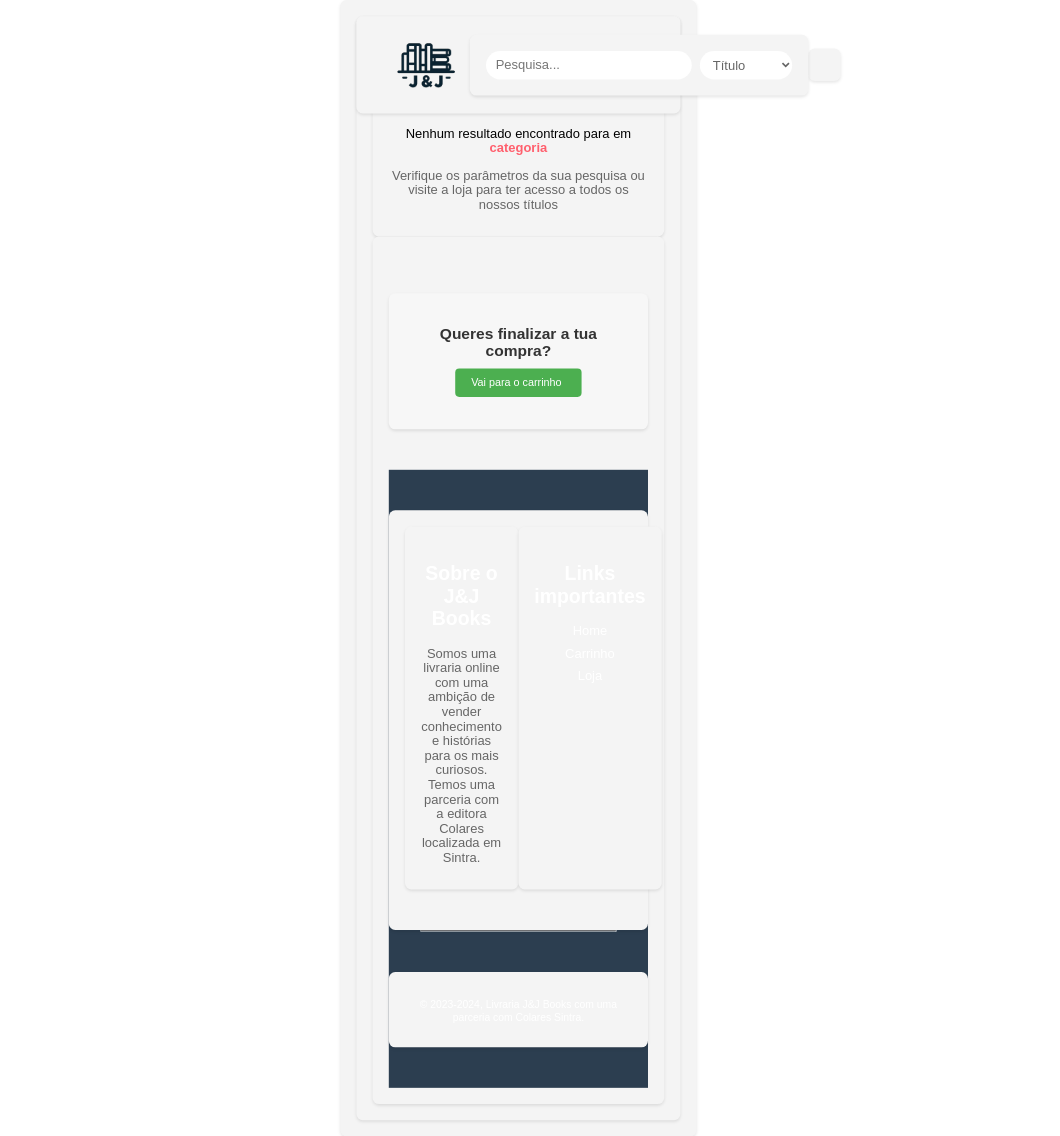
Repository: JoaoVitorFigueiredo/colareseditora
Page: /search
An editor plug-in stored every save of this project. The page is shown before and after a run of saves, followed by the edit.
The browser window is 1280 px wide. The page is 1309 px wide, then 1280 px, so the pictures cover 1309 px, including what lies to the right of the window. The pictures show the whole page, at 81% of full size.
Some icons come from a web library that is not loaded, so they are not drawn. The page's requests for data from a server got no answer. The project was rebuilt for these pictures with package versions that can differ from the ones it lists, and the page was loaded fresh each time. No one was signed in, and anything a server would have sent is missing. Also part of the build but not shown: src/Components/book-thumbnail.css, src/Utils/CartUtils.js, src/Components/book-thumbnail.js, src/Components/filter/filter.css, src/Components/filter/filter.js, src/Components/pageNav/pageNav.css, src/Components/pageNav/pageNav.js, src/Pages/shop/shop.css and 9 more.

Above is the page before, as saved 2024-04-18 21:15:56.

### public/index.html
<!DOCTYPE html>
<html lang="en">
  <head>
    <meta charset="utf-8" />
    <link rel="icon" href="%PUBLIC_URL%/favicon.ico" />
    <meta name="viewport" content="width=device-width, initial-scale=1" />
    <meta name="theme-color" content="#000000" />
    <meta
      name="description"
      content="Bookshop by J&J Books"
    />
    <link rel="apple-touch-icon" href="%PUBLIC_URL%/logo192.png" />
    <!--
      manifest.json provides metadata used when your web app is installed on a
      user's mobile device or desktop. See https://developers.google.com/web/fundamentals/web-app-manifest/
    -->
    <link rel="manifest" href="%PUBLIC_URL%/manifest.json" />
    <!--
      Notice the use of %PUBLIC_URL% in the tags above.
      It will be replaced with the URL of the `public` folder during the build.
      Only files inside the `public` folder can be referenced from the HTML.

      Unlike "/favicon.ico" or "favicon.ico", "%PUBLIC_URL%/favicon.ico" will
      work correctly both with client-side routing and a non-root public URL.
      Learn how to configure a non-root public URL by running `npm run build`.
    -->
    <title>J&J</title>
    <link href="https://cdn.jsdelivr.net/gh/eliyantosarage/font-awesome-pro@main/fontawesome-pro-6.5.1-web/css/all.min.css" rel="stylesheet">
  </head>
  <body>
    <noscript>You need to enable JavaScript to run this app.</noscript>
    <div id="root"></div>
    <!--
      This HTML file is a template.
      If you open it directly in the browser, you will see an empty page.

      You can add webfonts, meta tags, or analytics to this file.
      The build step will place the bundled scripts into the <body> tag.

      To begin the development, run `npm start` or `yarn start`.
      To create a production bundle, use `npm run build` or `yarn build`.
    -->
  </body>
</html>

### src/index.css
body {
  margin: 0;
  min-height: 100%;
  font-family: -apple-system, BlinkMacSystemFont, 'Segoe UI', 'Roboto', 'Oxygen',
    'Ubuntu', 'Cantarell', 'Fira Sans', 'Droid Sans', 'Helvetica Neue',
    sans-serif;
  -webkit-font-smoothing: antialiased;
  -moz-osx-font-smoothing: grayscale;
}

code {
  font-family: source-code-pro, Menlo, Monaco, Consolas, 'Courier New',
    monospace;
}

### src/App.js
import './App.css';
import {BrowserRouter as Router, Routes, Route} from "react-router-dom";
import {createContext, useState} from "react";

import Navbar from "./Components/navbar/navbar.js"
import Footer from "./Components/footer/footer.js"

import {Shop} from "./Pages/shop/shop"
import {Cart} from "./Pages/cart/cart"
import {BestSellers} from "./Pages/best-sellers/best-sellers";
import {Sales} from "./Pages/sales/books"
import {BookPage} from "./Pages/book-page/book-page";
import {Search} from "./Pages/search/search.js";

import {NotFoundPage} from './Pages/404/notfound';


export const CartContext = createContext({books:[],total:0,volume:0})

function App() {
  const [cart, setCart] = useState({books:[],total:0,volume:0})

  return (
    <div className="App">
      <CartContext.Provider value={{cart,setCart}}>
    <Router>
      <Navbar/>
      <Routes>
        <Route path="/" element={<BestSellers/>}></Route>
        <Route path="/shop" element={<Shop/>}></Route>
        <Route path="/sales" element={<Sales/>}></Route>
        <Route path="/cart" element={<Cart/>}></Route>
        <Route path="/book/:id" element={<BookPage/>}></Route>
        <Route path="/search" element={<Search/>}></Route>
        <Route path="*" element={<NotFoundPage />} />
      </Routes>
      <Footer/>
    </Router>
        </CartContext.Provider>
    </div>

  );
}

export default App;

### src/Components/navbar/navbar.js
import React, { useState, useContext } from "react";
import { NavLink, useNavigate } from "react-router-dom";
import "./navbar.css";
import booklogo from '../../assets/logo-jj.png';
import {CartContext} from "../../App";


function NavBar() {
    const navigator = useNavigate()

    const [isMenuOpen, setIsMenuOpen] = useState(false);
    const toggleMenu = () => setIsMenuOpen(prevState => !prevState);

    const [searchString, setSearchString] = useState('');

    const [searchOption, setSearchOption] = useState('title')

    const {cart} = useContext(CartContext)



    function updateSearchString(e) {
        setSearchString(e.target.value);
    }

    function updateSearchOption(e){
        setSearchOption(e.target.value)
    }

    function handleEnter(e){
        if (e.key === "Enter") {
            navigator(`/search?searchOption=${searchOption}&searchString=${searchString}&page=1`)
        }
    }

    return (
        <nav className="navbar">
            <div className="nav-container">
                <NavLink exact to="/" className="nav-logo">
                    <img src={booklogo} alt="J&J Books Logo" className="logo-image"/>
                </NavLink>

                <div className="nav-search-container">
                    <input
                        type="text"
                        placeholder="Pesquisa..."
                        className="nav-search-input"
                        value={searchString}
                        onChange={updateSearchString}
                        onKeyDown={handleEnter}
                    />
                    <select id="dropdown" value={searchOption} onChange={updateSearchOption}>
                        <option value="title">Título</option>
                        <option value="authors">Autor</option>
                        <option value="categories">Categoria</option>
                    </select>
                </div>

                <div className="nav-toggle" onClick={toggleMenu}>
                    <div className={isMenuOpen ? "nav-icon open" : "nav-icon"}><i class="fa-solid fa-sliders"></i></div>
                </div>

                <ul className={isMenuOpen ? "nav-menu active" : "nav-menu"}>
                    <li className="nav-item" onClick={toggleMenu}>
                        <NavLink exact to="/" activeClassName="active" className="nav-links">
                            Home
                        </NavLink>
                    </li>
                    <li className="nav-item" onClick={toggleMenu}>
                        <NavLink exact to="/shop?selectedOption=-score&filterOption=authors&filterString=&page=1"
                              activeClassName="active" className="nav-links">
                            Loja
                        </NavLink>
                    </li>
                    <li className="nav-item" onClick={toggleMenu}>
                        <NavLink exact to="/cart" activeClassName="active" className="nav-links">
                            <i className="fas fa-shopping-cart"></i>
                            {cart.volume > 0 && (
                                <span className="cart-item-count">{cart.volume}</span>
                            )}
                        </NavLink>
                    </li>
                </ul>
            </div>
        </nav>
    );
}

export default NavBar;

### src/Components/footer/footer.js
import React from "react";
import { NavLink, useLocation } from "react-router-dom";
import "./footer.css";

function Footer() {
    const location = useLocation()
    function CallForAction() {

        if (location.pathname !== "/cart"){
            return (
                <div className="cart-call-for-action">
                    <h3>Queres finalizar a tua compra?</h3>
                    <NavLink to="/cart">
                        <button>Vai para o carrinho <i className="fas fa-shopping-cart"/></button>
                    </NavLink>
                </div>
            );
        }
    }

    return (
        <div>
            <CallForAction/>
            <footer className="footer">

                <div className="footer-container">
                    <div className="footer-section">
                        <h3 className="footer-heading">Sobre o J&J Books</h3>
                    <p className="footer-text">Somos uma livraria online com uma ambição de vender conhecimento e
                        histórias para os mais curiosos. Temos uma parceria com a editora Colares localizada em
                        Sintra.</p>
                </div>
                <div className="footer-section">
                    <h3 className="footer-heading">Links importantes</h3>
                    <ul className="footer-list">
                        <li className="footer-list-item"><NavLink to="/" className="footer-link">Home</NavLink>
                        </li>
                        <li className="footer-list-item"><NavLink to="/cart" className="footer-link">Carrinho</NavLink></li>
                        <li className="footer-list-item"><NavLink to="/shop" className="footer-link">Loja</NavLink></li>
                    </ul>
                </div>
            </div>
            <hr className="footer-divider"/>
            <div className="copyright">
                <p>&copy; 2023-{new Date().getFullYear()}, Livraria J&J Books com uma parceria com Colares Sintra.</p>
            </div>
        </footer>
        </div>
        );
        }

        export default Footer;

### src/Pages/search/search.js
import React, {useEffect, useState} from "react";
import {useLocation} from "react-router-dom";
import {BookThumbnail} from "../../Components/book-thumbnail";
import {PageNav} from "../../Components/pageNav/pageNav";
import "./search.css";

export function Search(){
    const  location  = useLocation()
    const { search } = location
    let page = new URLSearchParams(location.search).get("page")
    let searchString = new URLSearchParams(location.search).get("searchString")
    let searchOption = new URLSearchParams(location.search).get("searchOption")
    const [books, setBook] = useState([])
    const [pageNumber,setPageNumber] = useState()


    useEffect(() => {
        fetchBooks();
    },[page, searchString, searchOption])

    useEffect(()=>{
        window.scrollTo(0,0)
    }, [page])

    const fetchBooks = async () => {
        try {
            const responseTotal = await fetch(`http://localhost:3030/books?title_like=${searchString}`,{method:"GET"})
            const allBooks = await responseTotal.json();
            const totalBooks = allBooks.length
            setPageNumber(Math.ceil(totalBooks / 10))


            const response = await fetch(`http://localhost:3030/books?${searchOption}_like=${searchString}&_per_page=10&_page=${page}`,{method:"GET"})
            const bookData = await response.json();
            setBook(bookData)
        }
        catch (error){
            console.error(`Error fetching data: ${error}`) // Era engraçado fazer isso daqui enviar pra uma página de erro.
        }
    }
    if (books.length > 0) {
        return (
            <div>
                <h1 className="search-results">A exibir resultados para "{searchString}" em {searchOption === "authors" ? "autor" : searchOption === "title" ? "título" : "categoria"}</h1>
                {books.map(book => <BookThumbnail book={book}/>)}
                <PageNav currentPage={page} currentPath={location.pathname} currentParams={search}
                         pageNumber={pageNumber}/>
            </div>
        )
    }else{
        return(
            <div class="search-result">
                <p>Nenhum resultado encontrado para <strong>{searchString}</strong> em <strong>{searchOption === "authors" ? "autor" : searchOption === "title" ? "título" : "categoria"}</strong></p>
                <p>Verifique os parâmetros da sua pesquisa ou visite a loja para ter acesso a todos os nossos títulos</p>
            </div>
        )
    }
}

### src/Components/navbar/navbar.css
.navbar {
    background-color: #4c9cd9;
    height: 80px;
    display: flex;
    justify-content: center;
    align-items: center;
    font-size: 1.2rem;
    position: sticky;
    top: 0;
    z-index: 20;
    box-shadow: 0 2px 4px rgba(0, 0, 0, 0.1); /* Sombra inicial */
    transition: box-shadow 0.3s ease; /* Transição suave para a sombra */
  }

  .nav-container {
    display: flex;
    justify-content: space-between; /* Adiciona espaço entre os elementos */
    align-items: center;
    width: 100%;
    height: 80px;
    max-width: 1500px;
    position: relative;
}

.nav-menu {
    display: flex;
    list-style: none;
    text-align: center;
    margin-right: 2rem;
    margin-left: auto; /* Move os itens para o canto direito */
}


  .nav-logo {
    display: flex;
    align-items: center;
}

.nav-logo img {
    margin-left: 10px;
    cursor: pointer;
    width: 110px; /* Defina o tamanho desejado para a imagem */
    height: auto;
}


  .logo-image {
  width: 110px;
  height: auto;
}

  .nav-links {
    color: #fff;
    text-decoration: none;
    padding: 0.5rem 1rem;
    height: 100%;
    border-bottom: 3px solid transparent;
  }

  .nav-links:hover {
    color: #47636d;
  }

  .nav-links:active {
    color: #47636d;
  }

  .nav-item {
    line-height: 40px;
    margin-right: 1rem;
  }

  .nav-item:after {
    content: "";
    display: block;
    height: 3px;
    width: 0;
    background: transparent;
    transition: width 0.7s ease, background-color 0.5s ease;
  }

  /* Nav ativo atual */
  .nav-item .active {
    color: #000000;
  }

  .nav-icon {
    display: none;
    color: #6099ca;
  }

  .nav-icon .icon {
    display: inline-block;
    width: 2rem;
    height: 2rem;
  }

  @media screen and (max-width: 960px) {

    .nav-search-container {
        flex-grow: 1; /* Faz o container de pesquisa ocupar todo o espaço disponível */
    }

    .nav-menu {
      display: flex;
      flex-direction: column;
      width: 100%;
      border-top: 1pxsolid #fff;
      position: absolute;
      top: 80px;
      left: -110%;
      opacity: 1;
      transition: all 0.5s ease;
    }

    .nav-menu.active {
      background: #6699c6;
      left: 0px;
      opacity: 1;
      transition: all 0.5s ease;
      z-index: 1;
    }
    .nav-item .active {
      color: #4080ff;
      border: none;
    }
    .nav-links {
      padding: 1.5rem;
      width: 100%;
      display: table;
    }

    .nav-logo .icon {
      width: 2rem;
      height: 2rem;
    }

    .nav-icon {
      display: block;
      position: absolute;
      top: 50%;
      right: 0;
      transform: translate(-100%, -50%);
      width: 2rem;
      height: 2rem;
      cursor: pointer;
      color: #ffffff;
    }
  }

.nav-search-container {
    position: relative;
    display: flex; /* Adiciona flexbox para alinhar itens */
}

.nav-search-input {
  border: none;
  border-radius: 20px;
  padding: 8px 35px 8px 12px;
  font-size: 1rem;
  margin-right: 10px; /* Adiciona margem entre o input e o dropdown */
  flex-grow: 1; /* Faz o input ocupar o espaço restante */
}

#dropdown {
  border: none;
  border-radius: 20px;
  padding: 8px 12px;
  font-size: 1rem;
  background-color: #fff;
  color: #666;
  cursor: pointer;
}

.cart-item-count {
  content:attr(value);
  font-size:12px;
  color: #fff;
  background: red;
  border-radius:50%;
  padding: 0 5px;
  position:relative;
  left:-8px;
  top:-10px;
  opacity:0.9;
}

@media screen and (max-width: 960px) {

  .nav-search-container {
    display: none;
  }

  #dropdown {
    display: none;
  }
}

### src/Components/footer/footer.css
.footer {
    background-color: #2c3e50; /* Darker blue background color */
    color: #fff; /* White text color */
    padding: 50px 0;
    margin-top: 50px;
    text-align: center;
}

.footer-container {
    display: flex;
    justify-content: space-between;
    max-width: 960px;
    margin: 0 auto;
}

.footer-section {
    flex: 1;
    margin-bottom: 30px;
}

.footer-heading {
    color: #fff;
    font-size: 1.5rem;
    margin-bottom: 20px;
}

.footer-text {
    font-size: 1rem;
}

.footer-list {
    list-style-type: none;
    padding: 0;
}

.footer-list-item {
    margin-bottom: 10px;
}

.footer-link {
    color: #fff;
    text-decoration: none;
    font-size: 1rem;
    transition: color 0.3s ease;
}

.footer-link:hover {
    color: #f39c12; /* Yellow color on hover */
}

/* Copyright */
.copyright {
    margin-top: 50px;
    font-size: 0.8rem;
}

.footer-divider {
    width: 75%;
    border-top: 1px solid #6f6e6e; /* Cor e estilo da linha */
    margin: 0 auto; /* Espaçamento acima e abaixo da linha */
}

/* Media query for smaller screens */
@media only screen and (max-width: 768px) {
    .footer-container {
        flex-direction: column;
        align-items: center;
    }
    .footer-section {
        width: 100%;
    }
}

.cart-call-for-action {
    background-color: #f7f7f7;
    padding: 20px;
    border-radius: 8px;
    box-shadow: 0 2px 4px rgba(0, 0, 0, 0.1);
    margin-bottom: 20px;
    margin-top: 50px;
}

.cart-call-for-action h3 {
    margin-bottom: 10px;
    font-size: 1.2rem;
    color: #333;
}

.cart-call-for-action button {
    background-color: #4CAF50;
    color: white;
    padding: 10px 20px;
    border: none;
    border-radius: 5px;
    cursor: pointer;
    transition: background-color 0.3s ease;
    margin-bottom: 20px;
}

.cart-call-for-action button:hover {
    background-color: #45a049;
}

.cart-call-for-action button i {
    margin-left: 5px;
}

### src/Pages/search/search.css
/* Estilo para o contêiner principal */
div {
    font-family: Arial, sans-serif;
    background-color: #f4f4f4;
    border-radius: 8px;
    padding: 20px;
    box-shadow: 0px 2px 4px rgba(0, 0, 0, 0.1);
    max-width: 400px;
    margin: 0 auto;
    text-align: center;
}

/* Estilo para o texto do parágrafo */
p {
    margin-bottom: 10px;
}

/* Estilo para o texto forte (strong) */
strong {
    color: #ff5f6d;
}

/* Estilo para a segunda linha de texto */
p:nth-child(2) {
    color: #666;
}

/* Estilo para links */
a {
    color: #007bff;
    text-decoration: none;
}

a:hover {
    text-decoration: underline;
}

### src/Pages/404/notfound.css
.container {
    max-width: 600px;
    margin: 0 auto;
    text-align: center;
    padding: 80px 20px;
  }

  .title {
    font-size: 36px;
    color: #333;
  }

  .message {
    font-size: 18px;
    color: #666;
    margin-top: 20px;
  }

  a {
    color: #007bff;
    text-decoration: none;
  }

  a:hover {
    text-decoration: underline;
  }

Loaded but not shown: src/index.js (common file); src/reportWebVitals.js (common file); src/App.css (common file)

After the next 2 saves:
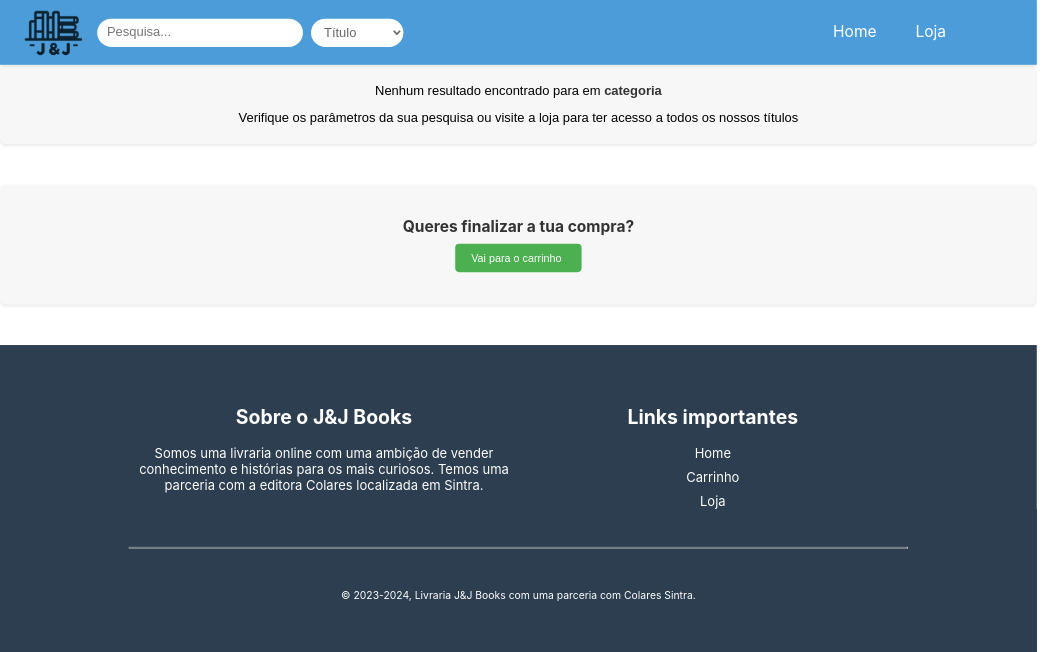
The 2 saves are shown as one change because they came seconds apart.
The last was saved 8 s later.
--- a/src/Pages/search/search.css
+++ b/src/Pages/search/search.css
@@ -1,36 +1,22 @@
-/* Estilo para o contêiner principal */
-div {
+.search-result {
     font-family: Arial, sans-serif;
-    background-color: #f4f4f4;
+    background-color: #f7f7f7;
+    padding: 20px;
     border-radius: 8px;
-    padding: 20px;
-    box-shadow: 0px 2px 4px rgba(0, 0, 0, 0.1);
-    max-width: 400px;
-    margin: 0 auto;
-    text-align: center;
+    box-shadow: 0 2px 4px rgba(0, 0, 0, 0.1);
+    margin-bottom: 20px;
 }
 
-/* Estilo para o texto do parágrafo */
-p {
+.search-result p {
+    margin: 0;
+    line-height: 1.5;
+}
+
+.search-result p strong {
+    font-weight: bold;
+    color: #333;
+}
+
+.search-result p:first-child {
     margin-bottom: 10px;
 }
-
-/* Estilo para o texto forte (strong) */
-strong {
-    color: #ff5f6d;
-}
-
-/* Estilo para a segunda linha de texto */
-p:nth-child(2) {
-    color: #666;
-}
-
-/* Estilo para links */
-a {
-    color: #007bff;
-    text-decoration: none;
-}
-
-a:hover {
-    text-decoration: underline;
-}
